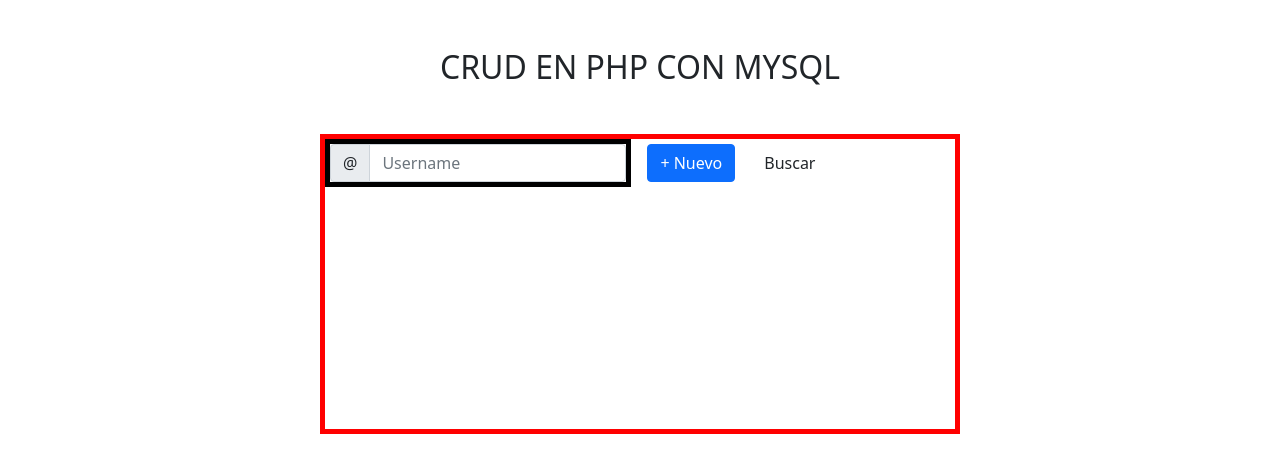
Repository: nder1996/CRUD_SENCILLO
Page: http://localhost/
The author's editor kept a copy of each file at every save. The page is drawn from the files as they stood at one save, then again after the next save.
The browser window is 1280 px wide. The pictures show the whole page.
The page is run by PHP 8.4 with error messages shown; the project is at /var/www/html/.

Above is the page before, as saved 2021-10-04 19:49:44.

After the next save:
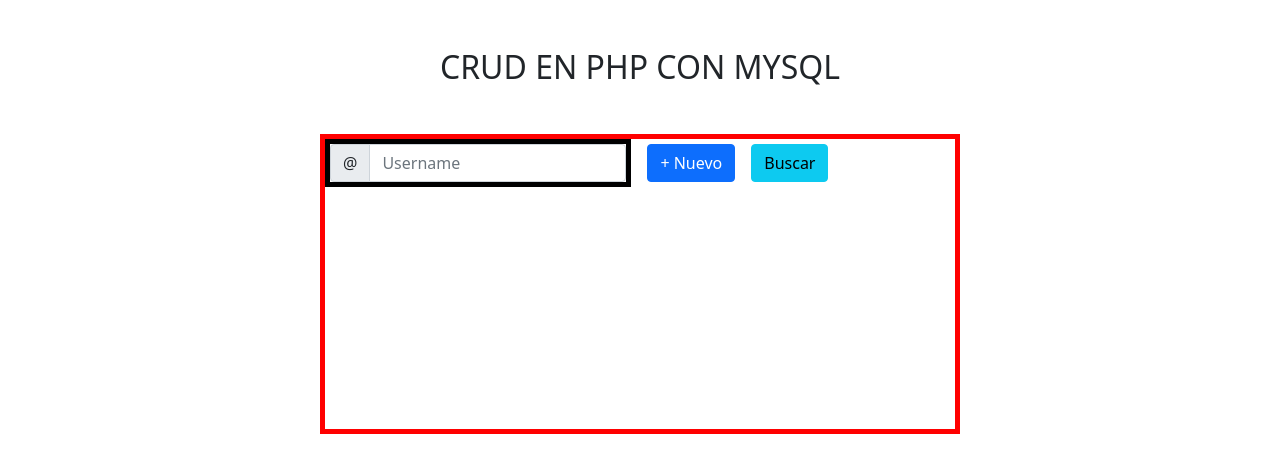
Saved 10 s later.
--- a/CRUD - SILENCIADO/index.php
+++ b/CRUD - SILENCIADO/index.php
@@ -24,7 +24,7 @@
               <button type="submit" class="btn btn-primary">+ Nuevo</button>
             </div>
             <div class="col-12">
-                <button type="submit" class="btn btn-Info">Buscar</button>
+                <button type="submit" class="btn btn-info">Buscar</button>
               </div>
           </form>
         <!--
